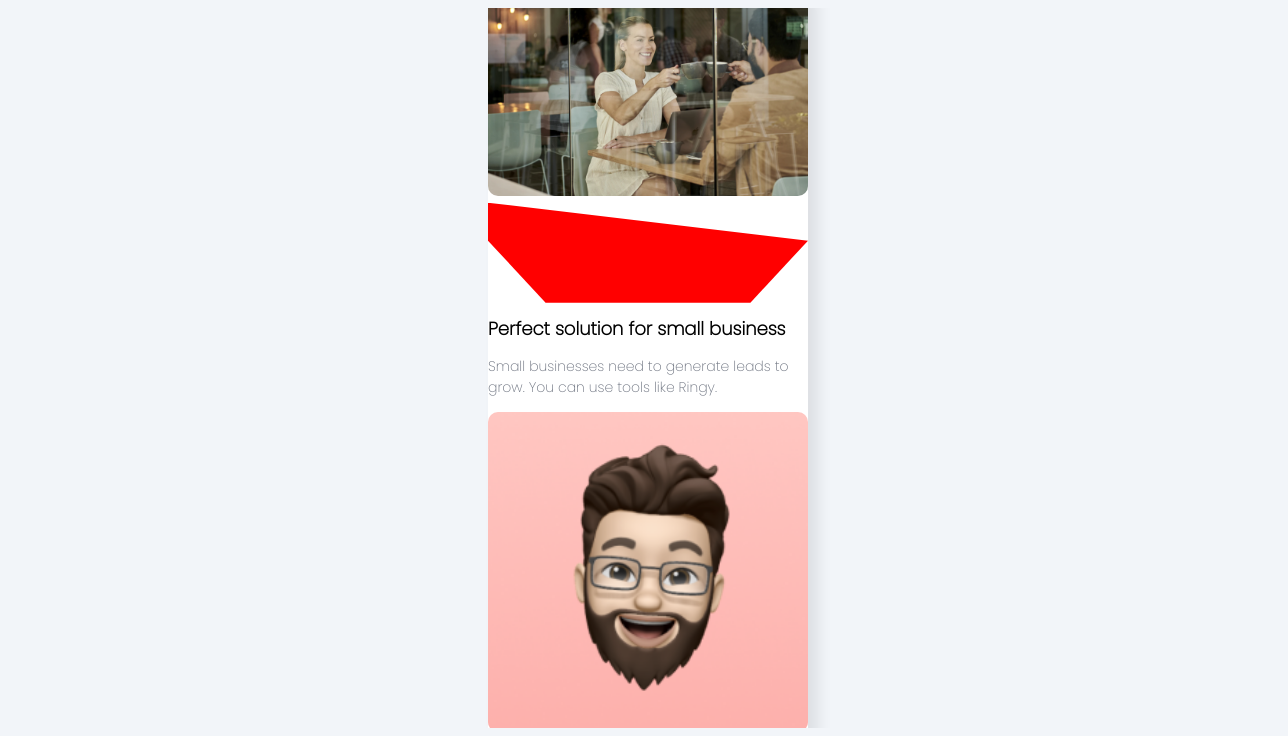
Repository: massndongo/business-blog-card
Page: index.html
The author's editor kept a copy of each file at every save. The page is drawn from the files as they stood at one save, then again after a run of saves.
The browser window is 1280 px wide. The page is 1288 px wide, so the pictures cover 1288 px, including what lies to the right of the window. The pictures show the whole page.

Above is the page before, as saved 2023-11-08 03:47:56.

### index.html
<!DOCTYPE html>
<html lang="en">
<head>
    <meta charset="UTF-8">
    <meta name="viewport" content="width=device-width, initial-scale=1.0">
    <link rel="stylesheet" href="css/styles.css">
    <title>Responsive Web Developer Starter - devchallenges.io</title>
    <link rel="icon" href="images/favicon.ico" type="image/x-icon" sizes="any">
</head>
<body>
    <div class="card">
        <img src="images/hero-image-business-card.png" alt="" srcset="">
        <div class="wavy"></div>
        <h1 class="title">Perfect solution for small business</h1>
        <p class="corps">Small businesses need to generate leads to grow. You can use tools like Ringy.</p>
        <hr>
        <div class="small">
            <img src="images/avatar-image-business-card.png" alt="" srcset="">
            <div>
                <span>Amy Burgess</span>
                <span>Customer Manage, Solution Oy</span>
            </div>
        </div>
    </div>
</body>
</html>

### css/styles.css
@import url('https://fonts.googleapis.com/css2?family=Poppins:wght@200&display=swa');

* {
    box-sizing: border-box;
    font-family: 'Poppins', sans-serif;
    overflow: hidden;
}

/* Add some styles for body*/
body {
    width: 100%;
    height: 100vh;
    background-color: #F2F5F9;
    display: flex;
    justify-content: center;
    align-items: center;

}

.card{
    position: relative;
    flex-direction: column;
    background-color: #FFFFFF;
    box-shadow: 10px 10px 15px 0px rgba(0, 0, 0, 0.09);
    width: 25%;
    height: auto;
    border-radius: 15px;
}
.card img{
    width: 100%;
    border-radius: 10px;
}
.wavy{
    height: 100px;
    background-color: red;
    /* clip-path: polygon(50% 0%, 61.8% 38.2%, 100% 44.2%, 72.7% 72.7%, 80.4% 100%, 50% 84.2%, 19.6% 100%, 27.3% 72.7%, 0% 44.2%, 38.2% 38.2%); */

    clip-path: polygon(0% 0%, 100% 38%, 82% 100%, 18% 100%, 0% 38%);
    /* transform: rotate(45deg); */
}
.title{
    font-size: 18px;

}
.corps{
    font-size: 14px;

}
.small{
    position: relative;
    font-size: 12px;
}
.corps, .small, hr{
    color: #6C727F
}
hr{
    width: 100%;
    height: 1px;
    position: absolute;
    bottom: 9%;
    left: 0;
    right: 0;
    background-color: #6c727f85;
}

@media screen and (max-width: 768px) {
    .card {
        width: 90%;
    }
}

After the next 2 saves:
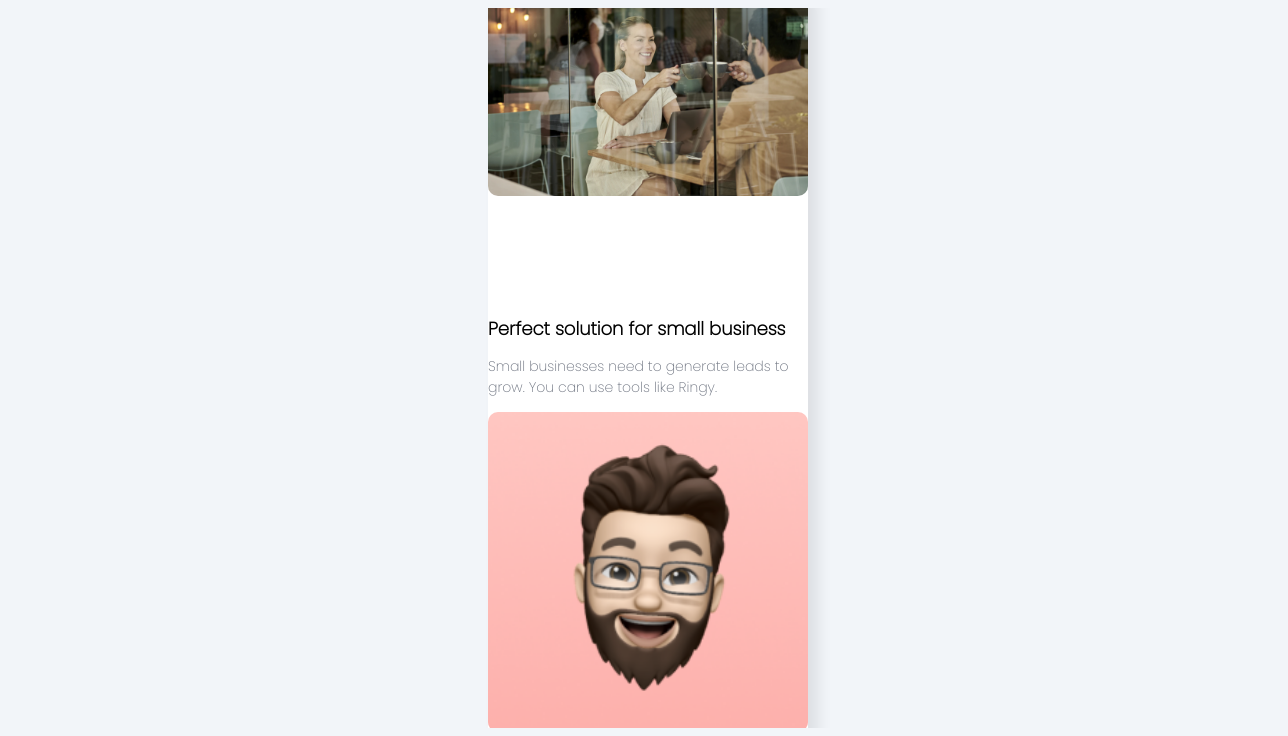
The 2 saves are shown as one change because they came seconds apart.
The last was saved 42 s later.
--- a/css/styles.css
+++ b/css/styles.css
@@ -35,7 +35,7 @@ body {
     background-color: red;
     /* clip-path: polygon(50% 0%, 61.8% 38.2%, 100% 44.2%, 72.7% 72.7%, 80.4% 100%, 50% 84.2%, 19.6% 100%, 27.3% 72.7%, 0% 44.2%, 38.2% 38.2%); */
 
-    clip-path: polygon(0% 0%, 100% 38%, 82% 100%, 18% 100%, 0% 38%);
+    clip-path: polygon(0% 0%, 100% 38%);
     /* transform: rotate(45deg); */
 }
 .title{
